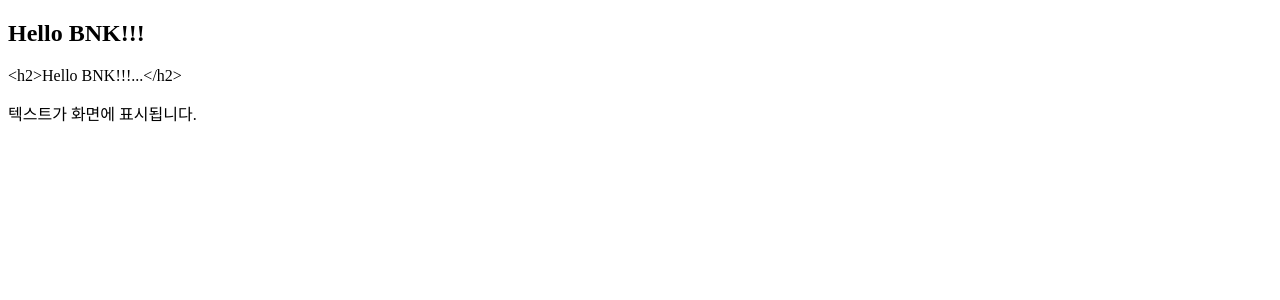
Repository: pvntlc/D-IT-Tech-Internship
Page: Servlet_JSP/Day5/src/main/webapp/dom/3-1.element.html
An editor plug-in stored every save of this project. The page is shown before and after the next save, followed by the edit.
The browser window is 1280 px wide. The pictures show the whole page.

Above is the page before, as saved 2023-09-15 02:36:02.

After the next save:
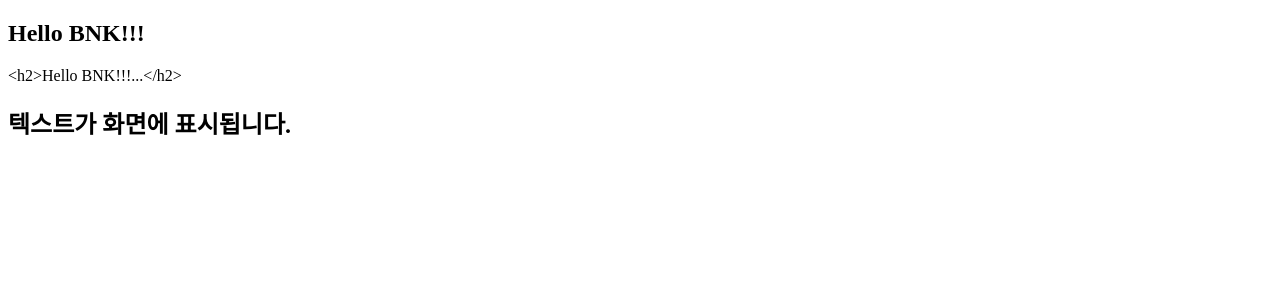
Saved 6 s later.
--- a/Servlet_JSP/Day5/src/main/webapp/dom/3-1.element.html
+++ b/Servlet_JSP/Day5/src/main/webapp/dom/3-1.element.html
@@ -13,7 +13,7 @@
         divText.innerText = "<h2>Hello BNK!!!...</h2>";
 
         // 변수를 선언하고 element node와 text node 생성.
-        var title = document.createElement("p");
+        var title = document.createElement("h2");
         var msg = document.createTextNode("텍스트가 화면에 표시됩니다.");
 
         // text node를 element node에 추가.
